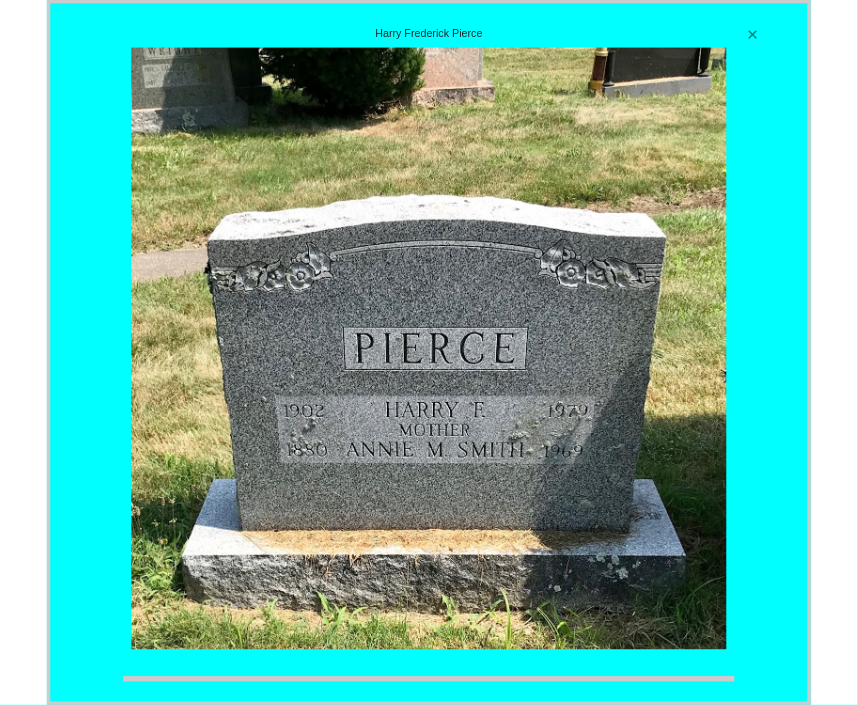
Repository: George2916/GreensladeFamilyTree
Page: photoHarryPierce.html
The author's editor kept a record of every edit. The page is drawn from the files as they stood at one moment, then again after the next edit.
The browser window is 1280 px wide. The pictures show the whole page, at 67% of full size.

Above is the page before.

After the next edit:
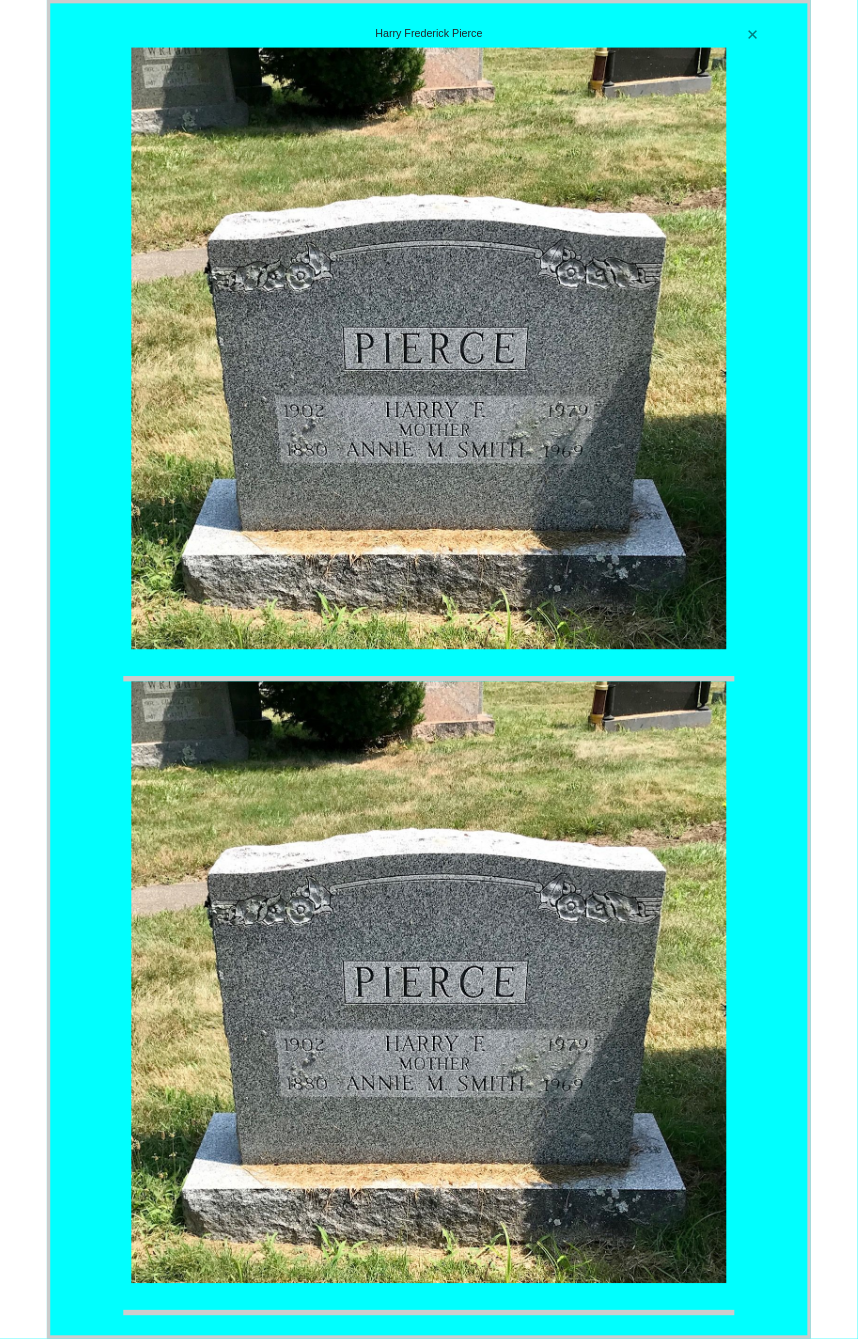
The edit:
--- a/photoHarryPierce.html
+++ b/photoHarryPierce.html
@@ -50,6 +50,21 @@
 
     </div> <!--closes row-->
 
+    <div class="row"> <!--row-->
+
+        <div class="col-12 col-md-1">
+        </div>
+
+        <div class="col-12 col-md-10 borderBottom">
+            <img class="img-fluid" src="images/harryPierce(2).jpg">
+            <p><br></p>
+        </div>
+
+        <div class="col-12 col-md-1">
+        </div>
+
+    </div> <!--closes row-->
+
 </div> <!--closes container-->
 
 <script src="js/bootstrap.js"></script>
